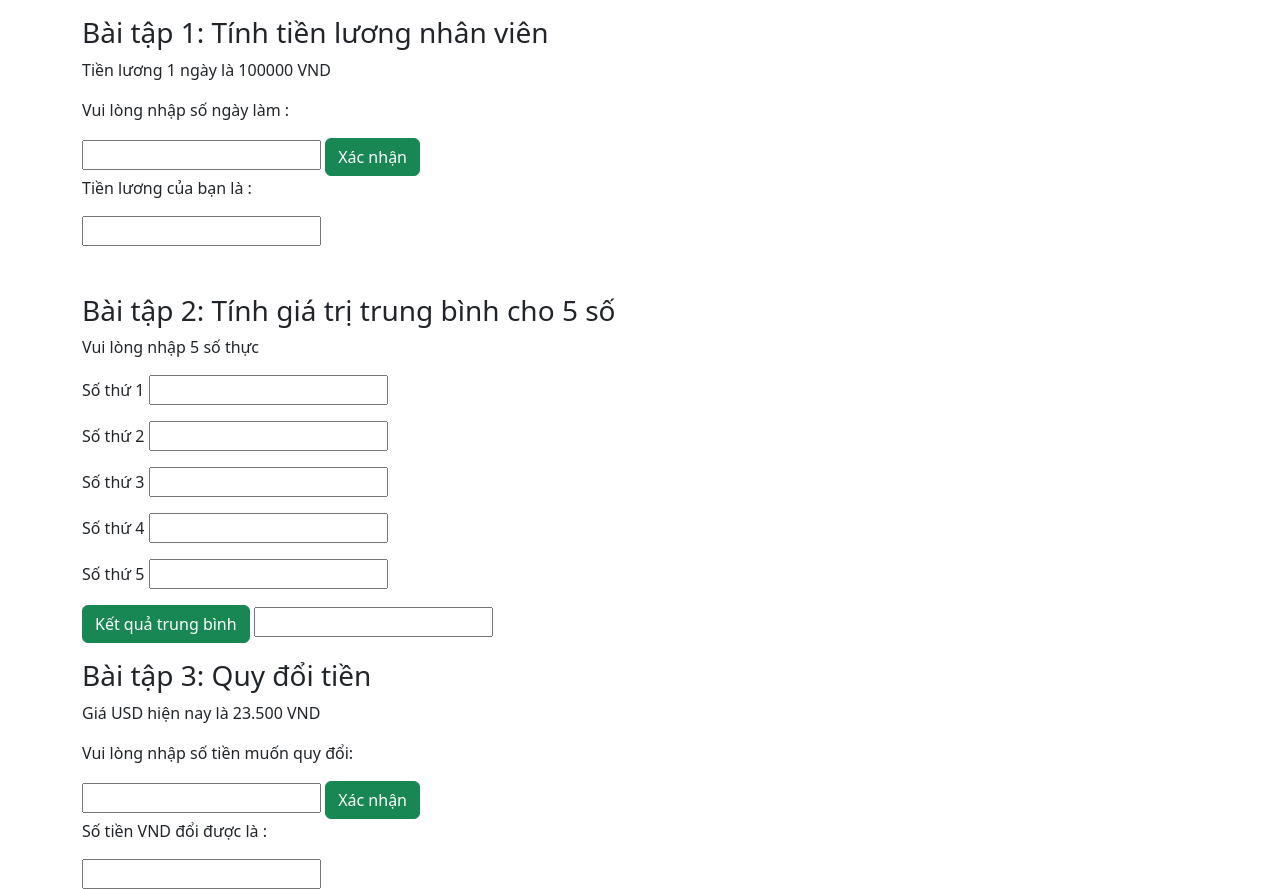
Repository: hcozyph/TranHuuPhuoc_BC43_BT_JS_Buoi2
Page: index.html
An editor plug-in stored every save of this project. The page is shown before and after the next save, followed by the edit.
The browser window is 1280 px wide. The pictures show the whole page.

Above is the page before, as saved 2023-01-21 22:22:34.

### index.html
<!DOCTYPE html>
<html lang="en">
    <head>
        <title>BT JS - Buoi 1</title>
        <!-- Required meta tags -->
        <meta charset="utf-8" />
        <meta
            name="viewport"
            content="width=device-width, initial-scale=1, shrink-to-fit=no"
        />

        <!-- Bootstrap CSS v5.2.1 -->
        <link
            href="https://cdn.jsdelivr.net/npm/bootstrap@5.2.1/dist/css/bootstrap.min.css"
            rel="stylesheet"
            integrity="sha384-iYQeCzEYFbKjA/T2uDLTpkwGzCiq6soy8tYaI1GyVh/UjpbCx/TYkiZhlZB6+fzT"
            crossorigin="anonymous"
        />

        <!-- FontAwesome 6.2.0 CSS -->
        <link
            rel="stylesheet"
            href="https://cdnjs.cloudflare.com/ajax/libs/font-awesome/6.2.0/css/all.min.css"
            integrity="sha512-xh6O/CkQoPOWDdYTDqeRdPCVd1SpvCA9XXcUnZS2FmJNp1coAFzvtCN9BmamE+4aHK8yyUHUSCcJHgXloTyT2A=="
            crossorigin="anonymous"
            referrerpolicy="no-referrer"
        />

        <!-- index.css -->
        <link rel="stylesheet" href="./style/index.css" />
    </head>

    <body>
        <!-- BT1 -->
        <div class="container">
            <div class="BT1">
                <h1 class="fs-3 mt-3">Bài tập 1: Tính tiền lương nhân viên</h1>
                <p>Tiền lương 1 ngày là 100000 VND</p>
                <p>Vui lòng nhập số ngày làm :</p>
                <input type="number" id="soNgayLam" />
                <button
                    class="btn btn-success"
                    id="btnXacNhan"
                    onclick="inputSoNgayLam()"
                >
                    Xác nhận
                </button>
                <p>Tiền lương của bạn là :</p>
                <input type="text" id="result" />
            </div>

            <!-- BT2 -->
            <div class="BT2">
                <h1 class="fs-3 mt-5">
                    Bài tập 2: Tính giá trị trung bình cho 5 số
                </h1>
                <p>Vui lòng nhập 5 số thực</p>

                <p>Số thứ 1 <input type="number" id="n1" /></p>
                <p>Số thứ 2 <input type="number" id="n2" /></p>
                <p>Số thứ 3 <input type="number" id="n3" /></p>
                <p>Số thứ 4 <input type="number" id="n4" /></p>
                <p>Số thứ 5 <input type="number" id="n5" /></p>

                <button
                    class="btn btn-success"
                    id="btnAverage"
                    onclick="average()"
                >
                    Kết quả trung bình
                </button>
                <input type="text" id="average" />
            </div>

            <!-- BT3 -->
            <div class="BT3">
                <h1 class="fs-3 mt-3">Bài tập 3: Quy đổi tiền</h1>
                <p>Giá USD hiện nay là 23.500 VND</p>
                <p>Vui lòng nhập số tiền muốn quy đổi:</p>

                <input type="number" id="inputUsd" />
                <button
                    class="btn btn-success"
                    id="btnTradeMoney"
                    onclick="tradeMoney()"
                >
                    Xác nhận
                </button>

                <p>Số tiền VND đổi được là :</p>
                <input type="text" id="tradeMoney" />
            </div>
        </div>

        <!-- Bootstrap JavaScript Libraries -->
        <script
            src="https://cdn.jsdelivr.net/npm/@popperjs/core@2.11.6/dist/umd/popper.min.js"
            integrity="sha384-oBqDVmMz9ATKxIep9tiCxS/Z9fNfEXiDAYTujMAeBAsjFuCZSmKbSSUnQlmh/jp3"
            crossorigin="anonymous"
        ></script>

        <script
            src="https://cdn.jsdelivr.net/npm/bootstrap@5.2.1/dist/js/bootstrap.min.js"
            integrity="sha384-7VPbUDkoPSGFnVtYi0QogXtr74QeVeeIs99Qfg5YCF+TidwNdjvaKZX19NZ/e6oz"
            crossorigin="anonymous"
        ></script>

        <!-- index.js -->
        <script src="./index.js"></script>
    </body>
</html>

### index.js
//BT1: Tính tiền lương nhân viên
function inputSoNgayLam () {
    //input
    var soNgayLam = document.getElementById('soNgayLam').value;
    var luongMotNgay = 100000;
    //output
    var result = 0;

    var result = parseInt(soNgayLam) * parseInt(luongMotNgay);

    document.getElementById('result').value = result + 'VND';
}

//BT2: Tính trung bình cộng 5 số
function average () {
    //input
    var n1 = document.getElementById('n1').value;
    var n2 = document.getElementById('n2').value;
    var n3 = document.getElementById('n3').value;
    var n4 = document.getElementById('n4').value;
    var n5 = document.getElementById('n5').value;
    //output
    var average = 0;
    var soLuongInput = 5;

    var sum = parseFloat(n1) + parseFloat(n2) + parseFloat(n3) + parseFloat(n4) + parseFloat(n5);

    var average =  sum / parseFloat(soLuongInput) ;

    document.getElementById('average').value = average;
}

/*
Link vercel:
https://tran-huu-phuoc-bc-43-bt-js-buoi1.vercel.app/
*/

Loaded but not shown: style/index.css (no stored copy; drawn as an empty file)

After the next save:
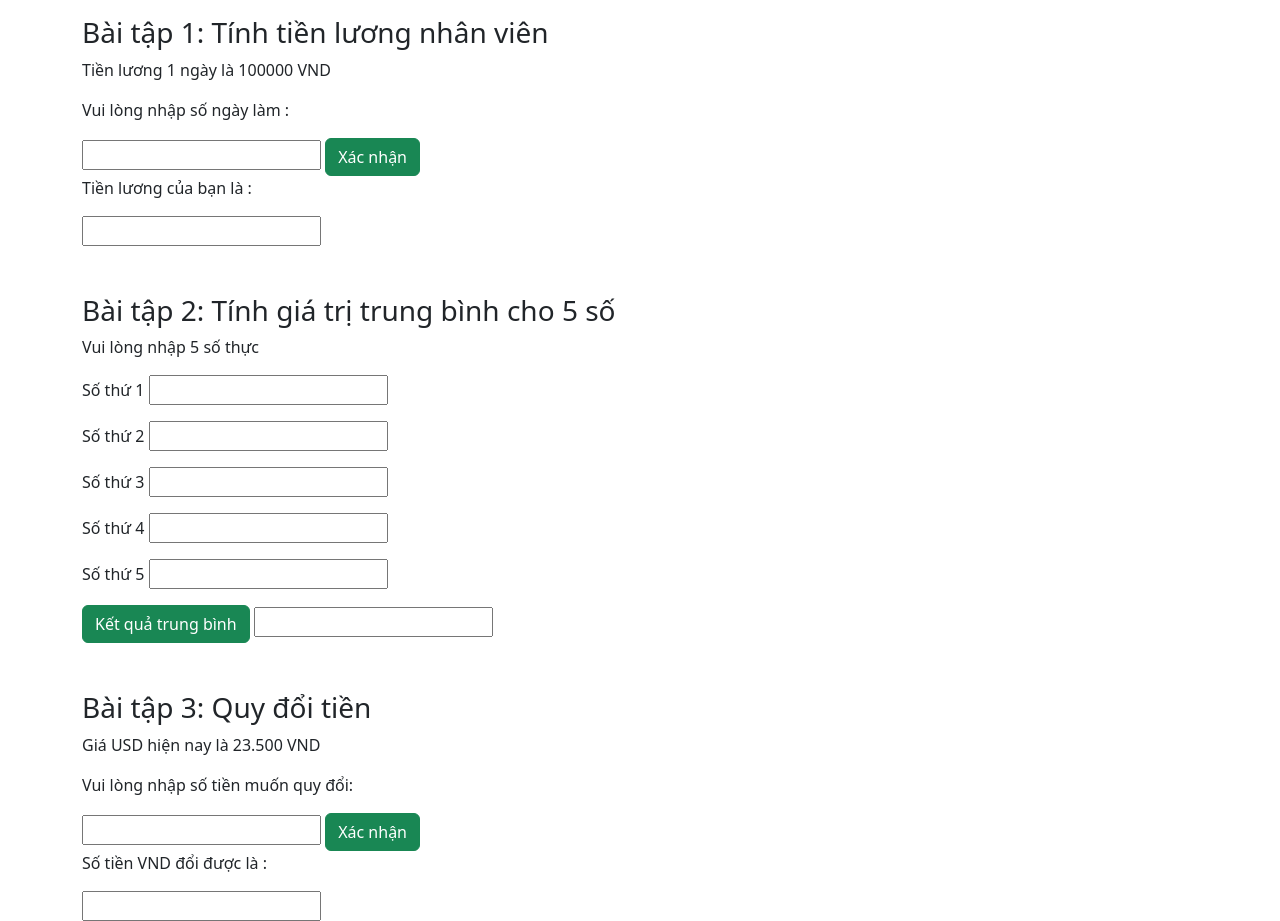
Saved 8 s later.
--- a/index.html
+++ b/index.html
@@ -74,7 +74,7 @@
 
             <!-- BT3 -->
             <div class="BT3">
-                <h1 class="fs-3 mt-3">Bài tập 3: Quy đổi tiền</h1>
+                <h1 class="fs-3 mt-5">Bài tập 3: Quy đổi tiền</h1>
                 <p>Giá USD hiện nay là 23.500 VND</p>
                 <p>Vui lòng nhập số tiền muốn quy đổi:</p>
 
